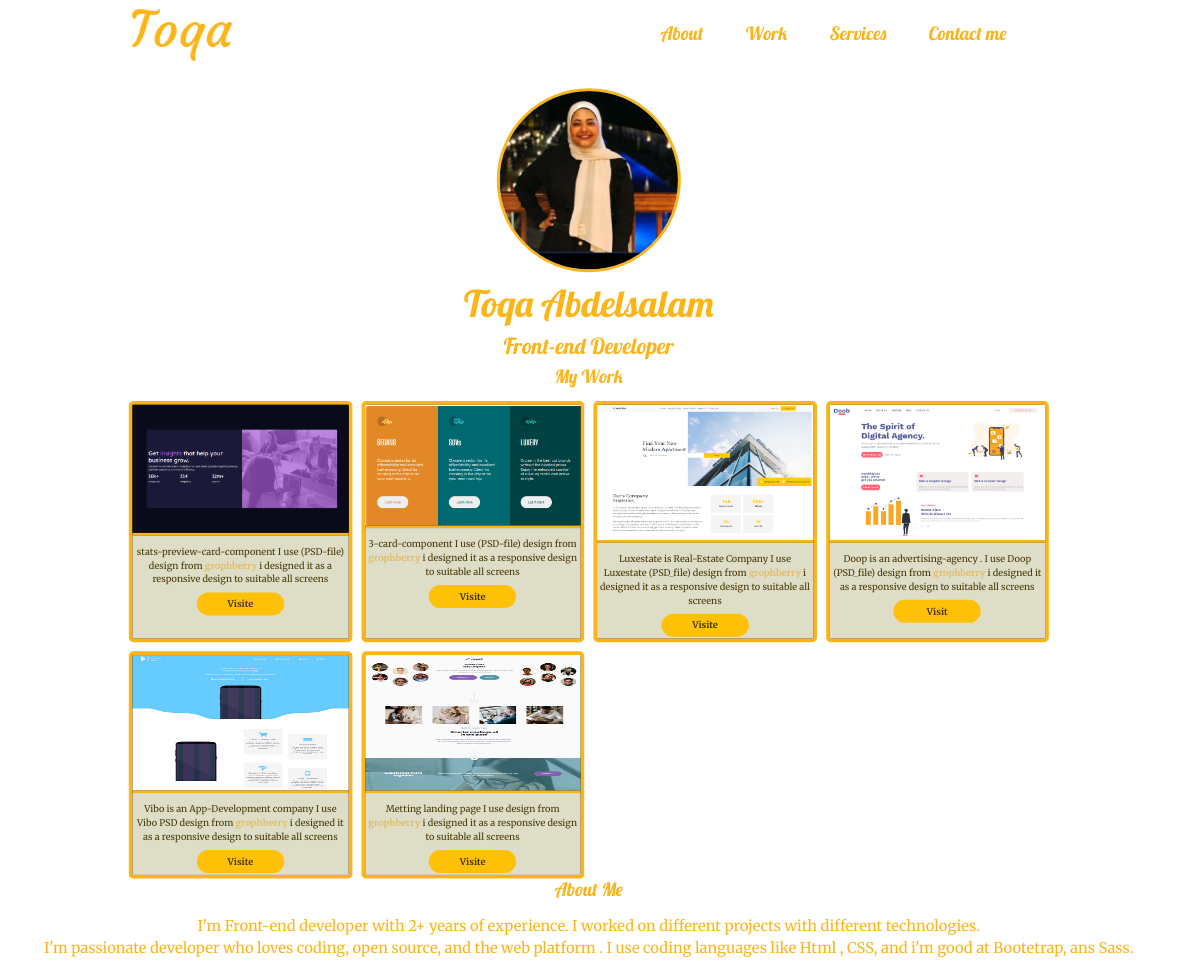
Repository: Toqa-25/portfolio
Page: index.html
These files come from the project's save history. The page is drawn as it stood at one moment and after a run of saves; the edit follows.
The browser window is 1280 px wide. The pictures show the whole page, at 92% of full size.
Some web fonts or font styles are not loaded; a fallback is used.

Above is the page before, as saved 2021-10-31 15:52:03.

### index.html
<!DOCTYPE html>
<html lang="en">
<head>
    <meta charset="UTF-8">
    <meta http-equiv="X-UA-Compatible" content="IE=edge">
    <meta name="viewport" content="width=device-width, initial-scale=1.0">
    <title>Toqa Portfolio</title>
      <!-- bootstrap file -->
      <link rel="stylesheet" href="css/all.min.css">
      <link rel="stylesheet" href="css/bootstrap.css">
      <!-- css file -->
      <link rel="stylesheet" href="css/style.css">
      <!-- fonts -->
      <link rel="preconnect" href="https://fonts.googleapis.com">
<link rel="preconnect" href="https://fonts.gstatic.com" crossorigin>
<link href="https://fonts.googleapis.com/css2?family=Lobster&family=Otomanopee+One&display=swap" rel="stylesheet">
<link rel="preconnect" href="https://fonts.googleapis.com">
<link rel="preconnect" href="https://fonts.gstatic.com" crossorigin>
<link href="https://fonts.googleapis.com/css2?family=Merriweather:ital,wght@0,300;0,400;0,700;0,900;1,300;1,400;1,700;1,900&display=swap" rel="stylesheet">
<link rel="preconnect" href="https://fonts.googleapis.com">
<link rel="preconnect" href="https://fonts.gstatic.com" crossorigin>
<link href="https://fonts.googleapis.com/css2?family=Bebas+Neue&family=Oswald:wght@200;300;400;500;600;700&display=swap" rel="stylesheet">
</head>
<body>
        <!-- header section -->
    <header class="pad">
       <nav class="container">
           <img src="images/logo.png" alt="logo">
       <ul class="list">
           <li>About</li>
           <li>Work</li>
           <li>Services</li>
           <li>Contact me</li>
           <!-- <li>Reviews</li> -->
       </ul>
       <div role="navigation">
      <svg xmlns="http://www.w3.org/2000/svg" width="35" height="35" fill="#fbb519" class="bi bi-list" viewBox="0 0 16 16">
        <path fill-rule="evenodd" d="M2.5 12a.5.5 0 0 1 .5-.5h10a.5.5 0 0 1 0 1H3a.5.5 0 0 1-.5-.5zm0-4a.5.5 0 0 1 .5-.5h10a.5.5 0 0 1 0 1H3a.5.5 0 0 1-.5-.5zm0-4a.5.5 0 0 1 .5-.5h10a.5.5 0 0 1 0 1H3a.5.5 0 0 1-.5-.5z"/>
      </svg>
      <ul class="hidden">
        <li>About</li>
        <li>Work</li>
        <li>Services</li>
        <li>Contact me</li>
        <!-- <li>Reviews</li> -->
      </ul>
      </div>
    </nav>
    </header><!-- end header section -->
    <!-- information  section -->
    <div class="my-image section">
      <div class="quik  " role="main">
        <div>
        <img src="images/toqa.jpg" alt=""><br>
        <h1>Toqa Abdelsalam</h1>
        <h4>Front-end Developer</h4>
      </div>
      </div>
    </div>

      <section class="section container work">
      <h5>My Work</h5>
      <div class="card-groups">
      <div class="project card" role="menu">
        <img src="images/toqa-25.github.io_stats-preview-card-component-main_.png" alt="">
        <p>stats-preview-card-component
      I use  (PSD-file) design from <span> <a href="https://www.frontendmentor.io/">grophberry</a></span>
  i designed it as a responsive design to suitable all screens <br>
  <button><a href="https://toqa-25.github.io/stats-preview-card-component-main/">Visite</a></button>
 </p>
 </div>
      <div class="project card" role="menu">
        <img src="images/toqa-25.github.io_3-cards-component3_.png" alt="">
        <p>3-card-component
      I use (PSD-file) design from <span> <a href="https://www.frontendmentor.io/">grophberry</a></span>
  i designed it as a responsive design to suitable all screens <br>
  <button><a href="https://toqa-25.github.io/3-cards-component/">Visite</a></button>
 </p>
 </div>
      <div class="project card" role="menu">
          <img src="images/destop-luxestate - Copy (1).png" alt="">
          <p>Luxestate is Real-Estate Company
        I use Luxestate (PSD_file) design from <span> <a href="https://www.graphberry.com/">grophberry</a></span>
    i designed it as a responsive design to suitable all screens <br>
    <button><a href="https://toqa-25.github.io/luxstate-project-/">Visite</a></button>
   </p>
   </div>
      <div class="project card" role="menu">
          <img src="images/web_design.png" alt="">
          <p>Doop is an advertising-agency .
        I use Doop (PSD_file) design from <span> <a href="https://www.graphberry.com/">grophberry</a></span>
    i designed it as a responsive design to suitable all screens <br>
    <button><a href="https://toqa-25.github.io/simply-agency/">Visit </a></button>
   </p>
   </div>
      <div class="project card" role="menu">
        <img src="images/Vibo_App(desktop)_toqa-25.github.io2.png" alt="">
          <p>Vibo is an App-Development company
        I use Vibo PSD design from <span> <a href="https://www.graphberry.com/">grophberry</a></span>
    i designed it as a responsive design to suitable all screens <br>
    <button><a href="https://toqa-25.github.io/vibo-app/">Visite</a></button>
   </p>
   </div>
   <div class="project card" role="menu">
    <img src="images/toqa-25.github.io_landing-meeting-page_desktop.png" alt="">
    <p>Metting landing page
  I use  design from <span> <a href="https://www.frontendmentor.io/">grophberry</a></span>
i designed it as a responsive design to suitable all screens <br>
<button><a href="https://toqa-25.github.io/landing-meeting-page/">Visite</a></button>
</p>
</div>
   </div>
      </section>

      <section class="section about">

          <h5>About Me</h5>
      <p> I'm Front-end developer with 2+ years of experience. I worked on different projects with different technologies. <br>
       I'm passionate developer who loves coding, open source, and the web platform .
       I use coding languages like Html , CSS, and i'm good at Bootetrap, ans Sass. </p>
      </section>

</body>
</html>

### css/style.css
/*
    public style
***********************
*/
:root{
    --main-color:#fbb519;
    --section-padding:30px;
}
* , *:after , *:before{
    box-sizing: border-box;
    margin: 0;
    padding: 0;
}
body{
    font-family: 'Merriweather', serif;
    color:var(--main-color);
}
.pad{
    padding-bottom: var(--section-padding);
}
.container
{
  width: 80%;
  margin:auto;
}
 .section h5{
    text-align: center;
    font-family: 'Lobster';
    margin-bottom: 15px;
 }
/*
    header style
***********************
*/
 header{
    font-family: 'Lobster', cursive;
 }
 nav{
      display: flex;
    justify-content: space-between;
    align-items: center;
 }
  nav img{
     margin-top:10px;
 }
 nav .list{
     width: 50%;
    margin-top:20px;
    list-style: none;
    color:var(--main-color);
    display: flex;
    justify-content: space-evenly;
    cursor: pointer;
    font-size: 20px;
 }
 nav .list li{
     font-size: 20px;
     transition: .2s;
     -webkit-transition: .2s;
     -moz-transition: .2s;
     -ms-transition: .2s;
     -o-transition: .2s;
    }
    nav .list li:hover{
        border-bottom: 2px solid var(--main-color);
    }
/* media quary for header*/
 @media (max-width: 768px){
  nav .list {
      display: none;
  }
  div{
      display: block;
      padding: 15px;
  }
  .quik h2{
    font-size: 20px;
    line-height: 2rem;
  }
  .quik img{
    width: 100px;
    height: 100px;
 }
}
 @media (min-width: 768px){
     nav div{
         display: none;

     }
 }
 div:hover  .hidden {
     display: block;
     color:var(--main-color);
     position: absolute;
     right: 44px;
     top: 37px;
     background-color: #f5f5dc91;
     list-style: none;
     border-radius: 8px;
     padding: 10px;

 }
 .hidden{
    display: none;

}
.hidden li:hover{
 padding: 5px;
 font-size: 25px;
}
/*
    my image style
***********************
*/

 .quik{
    color: var(--main-color);
    text-align: center;
    /* background-image: url(../images/mohammad-rahmani-8qEB0fTe9Vw-unsplash.jpg); */
    height: 300px;
    display: flex;
    align-items: center;
    justify-content: center;
    /* font-family: 'Bebas Neue', cursive; */
     /* font-family: 'Oswald', sans-serif; */
     font-family: 'Lobster', cursive;


 }
 .quik img{
     width: 200px;
     height: 200px;
     border:3px solid;
     border-radius: 50%;
     -webkit-border-radius: 50%;
     -moz-border-radius: 50%;
     -ms-border-radius: 50%;
     -o-border-radius: 50%;
     margin-bottom: 10px;
}
 h2{
    color: #dad3d3;
    text-transform: uppercase;
    line-height: 3rem;
 }
 span{
     color:var(--main-color)
 }
 .card-groups{
     display: grid;
    grid-template-columns:repeat(4,1fr);
    gap:10px;
 }
 .work h5{
    text-align: center;
    font-family: 'Lobster';
 }
.card {
    width: 100%;
    height: 100%;
    position: relative;
    display: flex;
    flex-direction: column;
    min-width: 0;
    word-wrap: break-word;
    background-color: black;
    background-clip: border-box;
    border: 4px solid var(--main-color);
    border-radius: 0.3rem;
}

.card img{
    max-width:100%;
    max-height: 150px;
    border-bottom: 3px solid;
}
.card img:hover{
   transform: scale(1.1);
   -webkit-transform: scale(1.1);
   -moz-transform: scale(1.1);
   -ms-transform: scale(1.1);
   -o-transform: scale(1.1);
}
.card p{
    margin-bottom: 1rem;
    background-color: black;
    font-size: 10px;
    padding: 2px;
    margin: 0px;
    margin-top: 0px;
    width: 100%;
    height: 100%;
    text-align: center;
    color:#483705;
    background-color: #f5f5dce8;
    padding-top: 10px;

}
.card p a{
    text-decoration: none;
    color: #e2bc66;
    font-weight: bolder;
}
.card p:hover{

}

.card button{
    width: 95px;
    text-align: center;
    background-color: #ffc107;
    border: none;
    border-radius: 15px;
    padding: 5px;
    margin-top: 7px;
}
.card button:hover{
    width:120px;
    padding: 10px;
}
.card button a{
    text-decoration: none;
    color: #483705;
}

.about{
    text-align: center;

}

/*
           media quary style
    ***************************************
        //extra small devices @media (maxwidth:575px)
        //small devices @media (maxwidth:767px)
        //medium devices @media (maxwidth:991px)
        //large devices @media (maxwidth:1199px)
*/

Loaded but not shown: css/all.min.css (library); css/bootstrap.css (library)

After the next 3 saves:
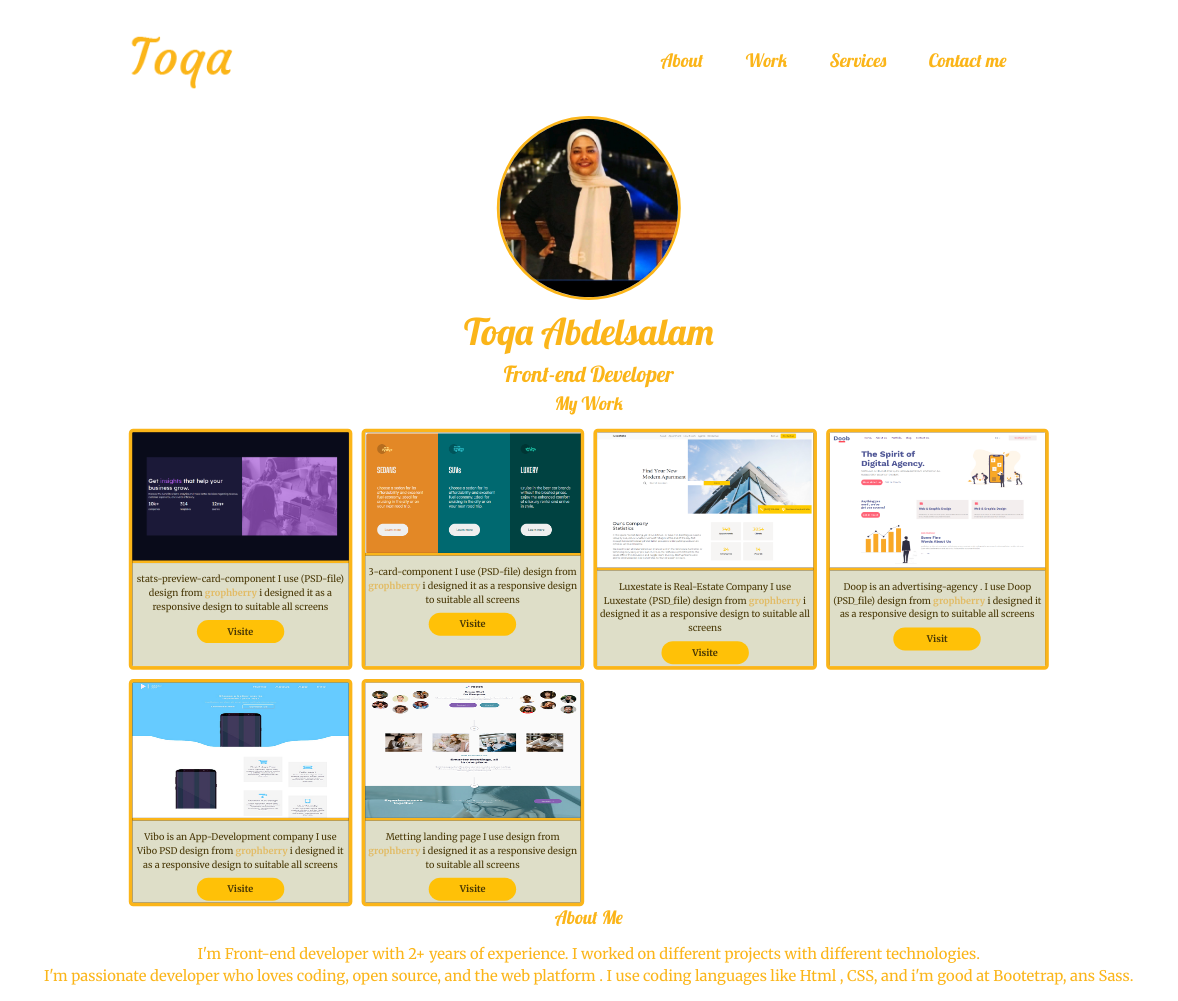
The 3 saves are shown as one change because they came seconds apart.
The last was saved 9 s later.
--- a/css/style.css
+++ b/css/style.css
@@ -16,7 +16,7 @@ body{
     color:var(--main-color);
 }
 .pad{
-    padding-bottom: var(--section-padding);
+    padding: var(--section-padding) 0;
 }
 .container
 {
